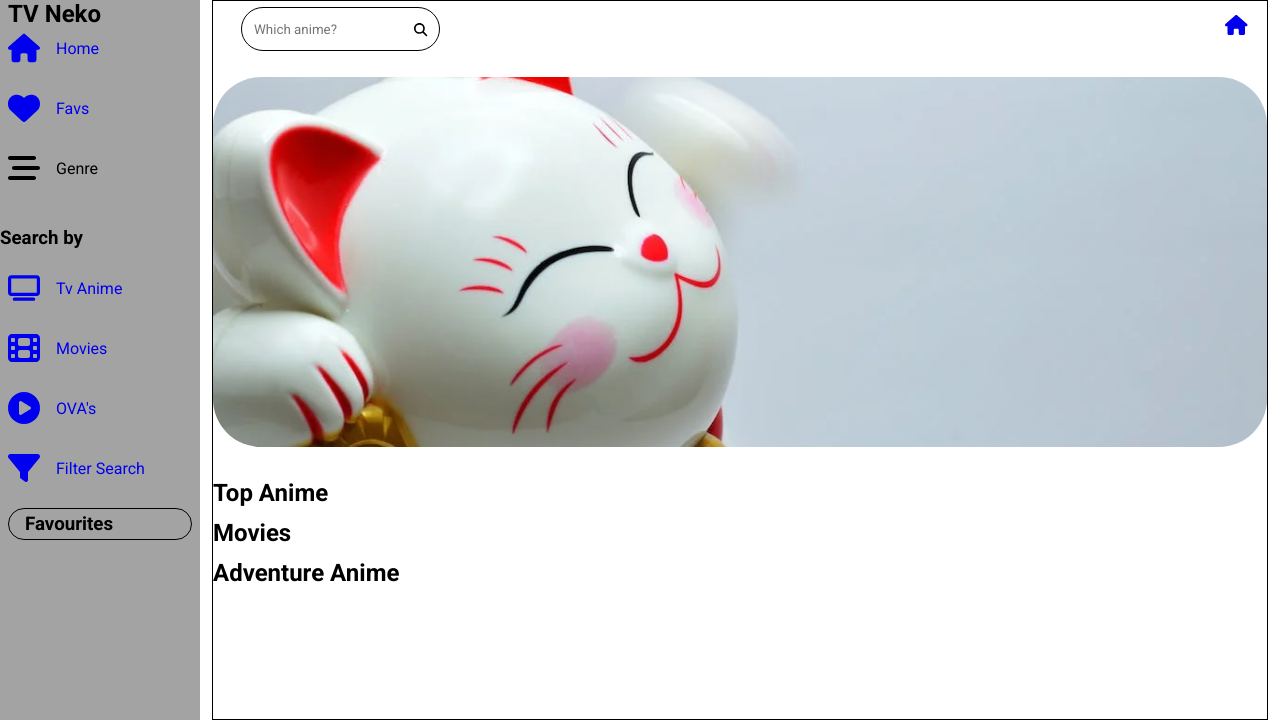
Repository: OwenMargiela/AnimeDatabse
Page: /
The author's editor kept a copy of each file at every save. The page is drawn from the files as they stood at one save, then again after the next save.
The browser window is 1280 px wide. The pictures show the whole page.
The page's requests for data from a server got no answer. The project was rebuilt for these pictures with package versions that can differ from the ones it lists, and the page was loaded fresh each time. No one was signed in, and anything a server would have sent is missing. Also part of the build but not shown: src/Components/AnimeContainer.jsx, src/Pages/AnimePage/AnimePage.jsx, src/Components/Score.css, src/Components/Score.jsx, src/Components/AnimeDescription.jsx, src/Pages/AnimePage/AnimeInfo.jsx, src/Pages/AnimePage/AnimeGenre.jsx, src/Pages/FavouritesPage/Favourites.css and 7 more.

Above is the page before, as saved 2023-01-26 14:55:50.

### public/index.html
<!DOCTYPE html>
<html lang="en">
  <head>
    <meta charset="utf-8" />
    <link rel="icon" href="%PUBLIC_URL%/favicon.ico" />
    <meta name="viewport" content="width=device-width, initial-scale=1" />
    <meta name="theme-color" content="#000000" />
    <meta
      name="description"
      content="Web site created using create-react-app"
    />
    <link rel="apple-touch-icon" href="%PUBLIC_URL%/logo192.png" />
    <!--
      manifest.json provides metadata used when your web app is installed on a
      user's mobile device or desktop. See https://developers.google.com/web/fundamentals/web-app-manifest/
    -->
    <link rel="manifest" href="%PUBLIC_URL%/manifest.json" />
    <!--
      Notice the use of %PUBLIC_URL% in the tags above.
      It will be replaced with the URL of the `public` folder during the build.
      Only files inside the `public` folder can be referenced from the HTML.

      Unlike "/favicon.ico" or "favicon.ico", "%PUBLIC_URL%/favicon.ico" will
      work correctly both with client-side routing and a non-root public URL.
      Learn how to configure a non-root public URL by running `npm run build`.
    -->
    <title>TV Neko</title>
  </head>
  <body>
    <noscript>You need to enable JavaScript to run this app.</noscript>
    <div id="root"></div>
    <!--
      This HTML file is a template.
      If you open it directly in the browser, you will see an empty page.

      You can add webfonts, meta tags, or analytics to this file.
      The build step will place the bundled scripts into the <body> tag.

      To begin the development, run `npm start` or `yarn start`.
      To create a production bundle, use `npm run build` or `yarn build`.
    -->
  </body>
</html>

### src/index.js
import React from 'react';
import ReactDOM from 'react-dom/client';
import './index.css';
import App from './App';
import reportWebVitals from './reportWebVitals';
import { library } from '@fortawesome/fontawesome-svg-core';
import { faSearch,faStarHalfAlt,faStar,faHouse,faTv,faFilm,faBarsStaggered, faCirclePlay,faHeart,faCalendarDays,faX,faFilter,faArrowRight,faBars} from '@fortawesome/free-solid-svg-icons';

library.add(faSearch,faStarHalfAlt,faStar,faHouse,faTv,faFilm,faBarsStaggered, faCirclePlay,faHeart,faCalendarDays,faX,faFilter,faArrowRight,faBars)
const root = ReactDOM.createRoot(document.getElementById('root'));
root.render(
    <App />
);

// If you want to start measuring performance in your app, pass a function
// to log results (for example: reportWebVitals(console.log))
// or send to an analytics endpoint. Learn more: https://bit.ly/CRA-vitals
reportWebVitals();

### src/index.css
@import url('https://fonts.googleapis.com/css2?family=Roboto:ital,wght@0,100;0,400;0,500;0,700;0,900;1,100;1,700&display=swap');
*{
  margin: 0;
  padding: 0;
  box-sizing: border-box;
  font-family: 'Roboto',sans-serif;
}

### src/App.js
import { BrowserRouter as Router, Routes, Route, Link } from "react-router-dom";
import "./App.css";

import Home from "./Pages/HomePage/Home";
import AnimePage from "./Pages/AnimePage/AnimePage.jsx";
import AnimeInfo from "./Pages/AnimePage/AnimeInfo";
import { useEffect, useState } from "react";
import axios from "axios";
import { FontAwesomeIcon } from "@fortawesome/react-fontawesome";
import AnimeGenre from "./Pages/AnimePage/AnimeGenre";
import Favourites from "./Pages/FavouritesPage/Favourites";
import Sidebar from "./Components/Sidebar";
import Movies from "./Pages/AnimePage/Movies";

import OVA from "./Pages/AnimePage/OVA";
import TvAnime from "./Pages/AnimePage/TvAnime";
import FilterSearch from "./Pages/AnimePage/FilterSearch";

function App() {
  const [animes, setAnimes] = useState();
  const [valueSearch, setValueSearch] = useState();
  const [favourites, setFavourites] = useState([]);
  const [genres, setGenre] = useState([]);

  function sendToFavourites(info) {
    setFavourites([...favourites, info]);
  }

  function removeFromFavourites(anime) {
    setFavourites(
      favourites.filter((favourite) => favourite.mal_id !== anime.mal_id)
    );
    console.log(favourites);
  }

  async function fetchAnime(valueSearch) {
    if (valueSearch) {
      const { data } = await axios.get(
        `https://api.jikan.moe/v4/anime?q=${valueSearch}&sfw`
      );
      setAnimes(data.data);
    }
  }

  useEffect(()=>{
    async function getGenre(){
      const {data} = await axios.get(`https://api.jikan.moe/v4/genres/anime`)
      setGenre(data.data)
    }
    getGenre()
    setTimeout(()=>{
      console.log(genres)
    },300)
  },[])

  console.log(animes)

  function fetchBySearch() {
    fetchAnime(valueSearch);
  }
  return (
    <Router>
      <div className="App">
        <div className="sidebar">
          <Sidebar genres={genres} favourites={favourites}></Sidebar>
        </div>
        <div className="main">
          <nav className="nav">
            <div className="bars__icon" >
          <FontAwesomeIcon icon="fa-solid fa-bars" />

            </div>
            <form>
              <div className="search__container">
                <input
                  placeholder="Which anime?"
                  onKey
                  type="text"
                  value={valueSearch}
                  onChange={(event) => setValueSearch(event.target.value)}
                />
                <Link to="/anime">
                  <button type="submit" onClick={() => fetchBySearch()}>
                    <FontAwesomeIcon icon="fa-search"></FontAwesomeIcon>
                  </button>
                </Link>
              </div>
            </form>
            <div className="home__icon">
              <Link to="/">
                <FontAwesomeIcon icon="fa-house"></FontAwesomeIcon>
              </Link>
            </div>
          </nav>

          <Routes>
            <Route path="/" element={<Home></Home>}></Route>
            <Route
              path="/favourites"
              element={
                <Favourites
                  removeFromFavourites={removeFromFavourites}
                  favourites={favourites}
                ></Favourites>
              }
            ></Route>
            <Route
              path="/anime"
              element={<AnimePage animes={animes}></AnimePage>}
            ></Route>
            <Route
              path=":id/:id"
              element={
                <AnimeInfo
                  favourites={favourites}
                  sendToFavourites={sendToFavourites}
                  animes={animes}
                ></AnimeInfo>
              }
            ></Route>
            <Route path="/:id" element={<AnimeGenre></AnimeGenre>}></Route>
            <Route path="/TV" element={<TvAnime></TvAnime>}></Route>
            <Route path="/Movies" element={<Movies></Movies>}></Route>
            <Route path="/Ova's" element={<OVA></OVA>}></Route>
            <Route path="/filter" element={<FilterSearch genres={genres} ></FilterSearch>}></Route>
          </Routes>
        </div>
      </div>
    </Router>
  );
}

export default App;

### src/App.css
::-webkit-scrollbar {
  display: none;
}

.App {
  display: flex;
  justify-content: space-between;
  height: 100vh;
  min-height: 500px;
  width: 100%;
  /* overflow-y: hidden; */
}
a{
  text-decoration: none;
}

li{
  list-style-type: none;
}

nav {
  position: sticky;
  top: 0;
  display: flex;
  align-items: center;
  justify-content: space-between;
  margin-bottom: 1.75rem;
  padding: 0.75em 1.25em;
  width: 100%;
  height: 3em;
}


.main {
  margin: 0 0.75em ;
  border: 1px solid black;
  overflow-y: scroll;
  width: 100%;
}

.sidebar {
  max-width: 250px;
  min-width: 200px;
  border: 1px solid black;
  background-color: rgb(190, 190, 190);
}

.landinImageContainer {
  width: 100%;
  height: 370px;
  margin: 0 auto;
}

.landinImageContainer img {
  height: 100%;
  border-radius: 3rem;
  width: 100%;
  object-fit: cover;
}

.home__icon,
.bars__icon {
  font-size: 1.25rem;
}

.bars__icon {
  display: none;
}

.home__icon {
  margin-left: 0.8rem;
}

.search__container {
  display: flex;
  align-items: center;
  justify-content: center;
  width: 100%;
  margin-top: 0.5em;
  margin-left: 0.5em;
  height: 2.75em;
  padding: 0 0.75em;
  border-radius: 2rem;
  border: 1px solid black;
}

.search__container input {
  width: 100%;
  border: none;
  outline: none;
  background: none;
}

.search__container button {
  background-color: transparent;
  border: none;
  color: none;
  cursor: pointer;
}

.anime__wrapper--container{
  display: flex;
  flex-direction: column;
  margin-bottom: -100px;
}

.anime__container{
  display: flex;
  flex-direction: column;
  align-items: center;
  flex-grow: 1;

}

.anime__image{
  border: 1px solid black;
  border-radius: 1em;
  min-width: 14rem;
  margin-bottom: 1rem;

}


/* .anime__image{
  border: 1px solid black;
  height: 100%;
  width: 100%;
  object-fit: cover;
  flex-grow: 1;
  margin-right: 1.25em;
  margin-bottom: 1.25em;
} */
.mainBody{
  margin: 2em 0;
  /* border: 1px solid black; */
}

@media screen and (max-width: 700px) {
  .sidebar {
    display: none;
  }
  .bars__icon {
    display: block;
  }
}
@media screen and (min-width: 480px) {
  .anime__wrapper{
    display: flex;
    flex-wrap: wrap;
    justify-content: space-between;
    margin-bottom: 7rem;

  }
  .anime__image{
    max-height: 300px;
  }
}
@media screen and (max-width: 480px) {
  .anime__wrapper{
    display: flex;
    flex-direction: column;
    align-items: center;

  }
  .anime__image{
    height: 400px;
  }
  nav{
    justify-content: center;
  }
}

### src/Pages/HomePage/Home.jsx
import React, { useEffect, useState } from "react";
import neko from "./assets/neko.webp";
import axios from "axios";
import AnimeContainer from "../../Components/AnimeContainer";
import { Link } from "react-router-dom";
function Home() {
  const [top, setTop] = useState();
  const [movies, setMovies] = useState();
  const [adventure, setAdventure] = useState();

  useEffect(() => {
    async function getFrontPage() {
      const { data: top } = await axios.get(
        "https://api.jikan.moe/v4/top/anime"
      );
      setTop(top.data.slice(0, 12));

      const { data: movie } = await axios.get(
        "https://api.jikan.moe/v4/anime?type=movie"
      );
      setMovies(movie.data.slice(0, 6));

      const { data: adventure } = await axios.get(
        "https://api.jikan.moe/v4/anime?genres=2&order_by=score&sort=desc"
      );
      setAdventure(adventure.data.slice(0, 6));
    }
    getFrontPage();
  }, []);

  return (
    <div className="Home">
      <div className="landinImageContainer">
        <img src={neko} alt="" />
      </div>
      <div className="mainBody">
        <div className="anime__wrapper--container">
          <h2>Top Anime</h2>
          <div className="anime__wrapper">
            {top?.slice(0, 6).map((anime) => (
              <Link to={`anime/${anime.mal_id}`}>
                <AnimeContainer anime={anime}></AnimeContainer>
              </Link>
            ))}
          </div>
        </div>

        <div className="anime__wrapper--container">
          <h2>Movies</h2>
          <div className="anime__wrapper">
            {movies?.map((anime) => (
              <Link to={`anime/${anime.mal_id}`}>
                <AnimeContainer anime={anime}></AnimeContainer>
              </Link>
            ))}
          </div>
        </div>

        <div className="anime__wrapper--container">
          <h2>Adventure Anime</h2>
          <div className="anime__wrapper">
            {adventure?.map((anime) => (
              <Link to={`anime/${anime.mal_id}`}>
                <AnimeContainer anime={anime}></AnimeContainer>
              </Link>
            ))}
          </div>
        </div>
      </div>
    </div>
  );
}

export default Home;

### src/Components/Sidebar.jsx
import { FontAwesomeIcon } from "@fortawesome/react-fontawesome";
import React from "react";
import "./Sidebar.css";
import { Link } from "react-router-dom";
import { useState } from "react";

function Sidebar({ favourites, genres }) {
  const [genreToggle, setGenreToggle] = useState(false);
  function toggleGenre() {
    genreToggle === false ? setGenreToggle(true) : setGenreToggle(false);
  }

  return (
    <>
      <div className="sidebar">
        <div className="sidebar__head">
          <h2>TV Neko</h2>
        </div>
        <ul className="sidebar__list">
          <Link to="/">
            <li className="sidebar__list--item">
              <FontAwesomeIcon
                className="sidebar__list--item-icon"
                icon="fa-solid fa-house"
              ></FontAwesomeIcon>
              <p>Home</p>
            </li>
          </Link>

          <Link to="/favourites">
            <li className="sidebar__list--item">
              <FontAwesomeIcon
                className="sidebar__list--item-icon"
                icon="fa-solid fa-heart"
              ></FontAwesomeIcon>
              {favourites.length > 0 && <span>{favourites.length}</span>}
              <p>Favs</p>
            </li>
          </Link>
          <li
            onClick={() => toggleGenre()}
            className="sidebar__list--item sidebar__list--item-genre"
          >
            <div className="icon__para">
              <FontAwesomeIcon
                className="sidebar__list--item-icon"
                icon="fa-solid fa-bars-staggered"
              />
              <p>Genre</p>
            </div>
            <li className="genres">
              <div className={`${genreToggle} || Sidebar__genres`}>
                {genres
                  ?.filter(
                    (genres) =>
                      genres.mal_id !== 28 &&
                      genres.mal_id !== 26 &&
                      genres.mal_id !== 9
                  )
                  .slice(0, 8)
                  .map((genre) => (
                    <Link to={`/${genre.mal_id}`}>
                      <div className="sidebar__genre">
                        <p>{genre.name}</p>
                      </div>
                    </Link>
                  ))}
                  <Link to="/filter" >
                <p className="view__all-btn">
                  view all{" "}
                  <FontAwesomeIcon icon="fa-solid fa-arrow-right"></FontAwesomeIcon>
                </p>
                  </Link>
              </div>
            </li>
          </li>

          <br />
          <h3>
            Search by
          </h3>
          <br />
          <Link to="/TV">
            <li className="sidebar__list--item">
              <FontAwesomeIcon
                className="sidebar__list--item-icon"
                icon="fa-solid fa-tv"
              />
              <p>Tv Anime</p>
            </li>
          </Link>
          <Link to="/Movies">
            <li className="sidebar__list--item">
              <FontAwesomeIcon
                className="sidebar__list--item-icon"
                icon="fa-solid fa-film"
              />
              <p>Movies</p>
            </li>
          </Link>
          <Link to="/Ova's">
            <li className="sidebar__list--item">
              <FontAwesomeIcon
                className="sidebar__list--item-icon"
                icon="fa-solid fa-circle-play"
              />
              <p>OVA's</p>
            </li>
          </Link>
          <Link to="/filter">
            <li className="sidebar__list--item">
              <FontAwesomeIcon
                className="sidebar__list--item-icon"
                icon="fa-solid fa-filter"
              />
              <p>Filter Search</p>
            </li>
          </Link>
        </ul>

        <div className="Favourite">
          <h3>Favourites</h3>
          <ul className="favourites__list">
            {favourites?.slice(0, 5).map((anime) => (
              <Link to={`/favourites`}>
                <li className="favourites__list--item" key={anime.mal_id}>
                  {anime.title}
                </li>
              </Link>
            ))}
          </ul>
        </div>
      </div>
    </>
  );
}

export default Sidebar;

### src/Components/Sidebar.css
li{
    list-style-type: none;
}

.sidebar{
    border: none;
    background-color: #a3a3a3;
    padding-bottom: 200px;
    overflow-y: hidden;
}
.sidebar__head{
    display: flex;
    flex-direction: column;
    margin-left: 8px;
}

.sidebar__head--img{
    width: 50%;
    object-fit: cover;
    border-radius: 50%;
}



.sidebar__list--item,
.favourites__list--item{
    display: flex;
    align-items: center;
    margin-bottom: 20px;
    width: 90%;
    padding: 4px 8px;
    border-radius: 1rem;
    transition: all 300ms ease;
    cursor: pointer;

}
.sidebar__list--item-icon{
    height: 32px;
    width: 32px;
}

.sidebar__list--item p{
    margin-left: 16px;

}
.sidebar__list--item span{
    display: flex;
    justify-content: center;
    align-items: center;
    width: 16px;
    height: 16px;
    transform: translate(-10px,10px);
    background-color: rgb(231, 231, 231);
    color: rgb(71, 71, 71) ;
    box-shadow: 0px 0px 15px 1px rgba(235, 235, 235, 0.45);
    border-radius: 50%;

}


.sidebar__list--item:hover,
.favourites__list--item:hover{
    transform: translateX(5px);
    background-color: rgb(231, 231, 231);
    color: rgb(71, 71, 71) ;
    box-shadow: 0px 0px 15px 1px rgba(235, 235, 235, 0.45);
}
.Sidebar__genres{
    display: flex;
    flex-direction: column;
    flex-wrap: wrap;
    /* visibility: hidden; */
    height: 4px;
    transition: all 200ms ease;

}
.true{
    visibility: visible;
    height: 250px;
}
.true .sidebar__genre{
    display: flex;
    align-items: center;
    padding: 2px 6px;
    border: 1px solid black;
    border-radius: 20px;
    transition: all 300ms;

}
.true .sidebar__genre:hover{
    transform: translateX(15px);
}
.true .view__all-btn {
    display: block;
}
.view__all-btn{
    display: none;
    transform: translate(-16px,10px)
}
.sidebar__genre{
    display: none;
    width: 150px;
    font-size: 12px;
    margin-top: 4px;
}
.sidebar__list--item-genre{
    display: flex;
    flex-direction: column;
    align-items: flex-start;
    padding-bottom: 0px;
}
.icon__para{
    display: flex;
    align-items: center;
}

.Favourite{
    margin-left: 8px;
    margin-right: 8px;
    padding: 4px 16px;
    border: 1px solid black;
    border-radius: 16px;
    /* min-height: 250px;
    height: 250px; */
}
.favourites__list--item{
    margin-bottom: 8px;
    padding: 3px 12px;
}

@media screen and (max-width: 600px) {

        .sidebar{display: none;}

}

Loaded but not shown: src/reportWebVitals.js (common file)

After the next save:
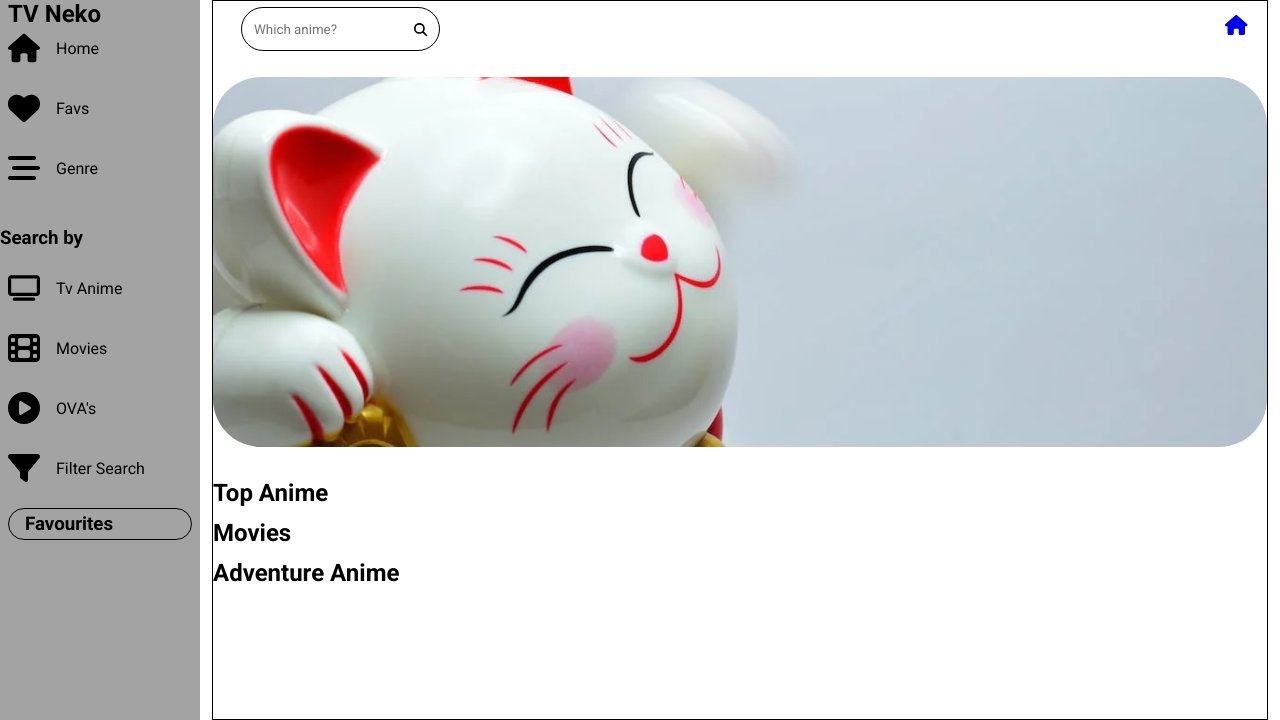
Saved 18 s later.
--- a/src/App.css
+++ b/src/App.css
@@ -16,6 +16,7 @@ a{
 
 li{
   list-style-type: none;
+  color: black;
 }
 
 nav {
